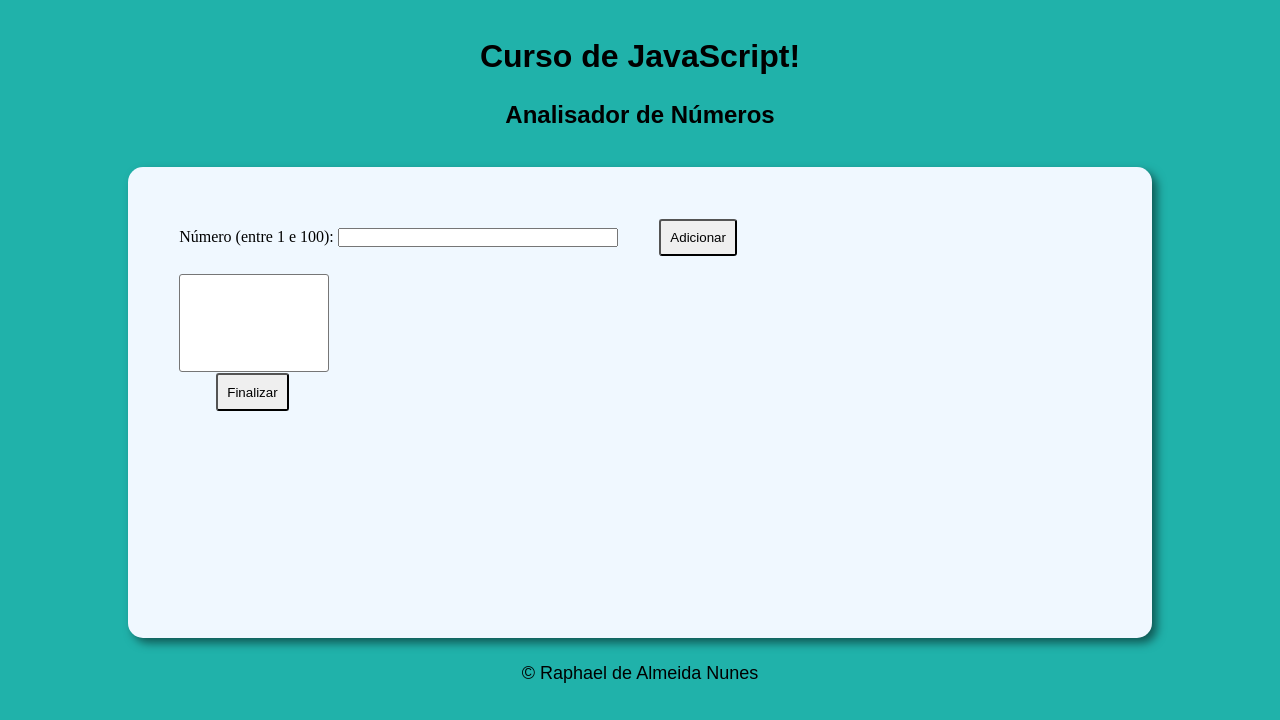
Repository: raphaanunes/codigos
Page: Cursos JavaScript/exercício/analisador de números/analisador.html
These files come from the project's save history. The page is drawn as it stood at one moment and after the next save; the edit follows.
The browser window is 1280 px wide. The pictures show the whole page.

Above is the page before, as saved 2024-08-11 14:22:52.

### Cursos JavaScript/exercício/analisador de números/analisador.html
<!DOCTYPE html>
<html lang="pt-BR">

<head>
    <meta charset="UTF-8">
    <meta name="viewport" content="width=device-width, initial-scale=1.0">
    <title> Analisador de Números </title>

    <link rel="stylesheet" href="analisador.css">


</head>

<body>
    <h1> Curso de JavaScript!</h1>
    <h2> Analisador de Números </h2>

    <section> <!-- aqui comeca a section -->


        <div>

            Número (entre 1 e 100):
            <input type="number" name="fnum" id="fnum">
            <input type="button" id="botao" value="Adicionar" onclick="adicionar()">
            <br><select name="flista" id="flista" size="6"></select>
            <br><input type="button" id="botao" value="Finalizar">

        </div>
        <div id="res">

        </div>
    </section><!-- aqui termina o section -->

    <footer>
        <p> &copy; Raphael de Almeida Nunes </p>
    </footer>
    <script src="analisador.js"></script>
</body>

</html>

### Cursos JavaScript/exercício/analisador de números/analisador.css
@charset "UTF-8";
/* geral */
* {
    padding: 0;
    margin: 0;
}
body {
    background-color: lightseagreen;
    color: black;
}

/* seção  */
section{

    background-color: aliceblue;
    width: 80%;
    height: 10%;
    margin-left: auto;
    margin-right: auto;
    margin-top: 3%;
    border-radius: 15px;
    padding: 0% 0% 5% 0%;
    box-shadow: 5px 5px 10px rgba(0, 0, 0, 0.5);

}
h1 {
    font-family: sans-serif;
    font-size: xx-large;
    text-align: center;
    margin-top: 3%;
    color: black;
}

h2 {
    font-family: sans-serif;
    font-size: x-large;
    text-align: center;
    margin: 2%;
    color: black;
}

p{
    font-family: sans-serif;
    font-size: large;
}

    /* input */

    input{width: 30%;}
    input {margin-bottom: 1%;}

    /* botao*/

input#botao{
        padding: 1%;
        width:fit-content;
        margin-left: 4%;
        border-radius: 3px;
    }

div{
    padding: 5%;

}

/* rodape */

footer{
    font-family: 'Franklin Gothic Medium', 'Arial Narrow', Arial, sans-serif;
    text-align: center;
    padding: 1%;
    color: black;

    width: 25%;
    margin-left: auto;
    margin-right:auto ;
    margin-top: 1%;
    border-radius: 15px;
}

select#flista{
    width: 150px;
    margin-left: auto;
    margin-right:auto ;
    margin-top: 1%;
    border-radius: 3px;
}

### Cursos JavaScript/exercício/analisador de números/analisador.js
let num = document.querySelector('input#fnum');
let lista = document.querySelector('select#flista');
let res = document.querySelector('div#res');
let valores = []


function isNumero(n){
    if(Number(n) >= 1 && Number(n) <= 100){
        return true
    } else {
        return false
    }
}

function inLista(n, l){
    if (l.indexOf(Number(n)) != -1){
        return true
    } else {
        return false
    }
}


function adicionar(){
    if(isNumero(num.value) && !inLista(num.value, valores)) {
    } else {
        window.alert('Valor inválido ou já encontrado na lista')
    }
}

After the next save:
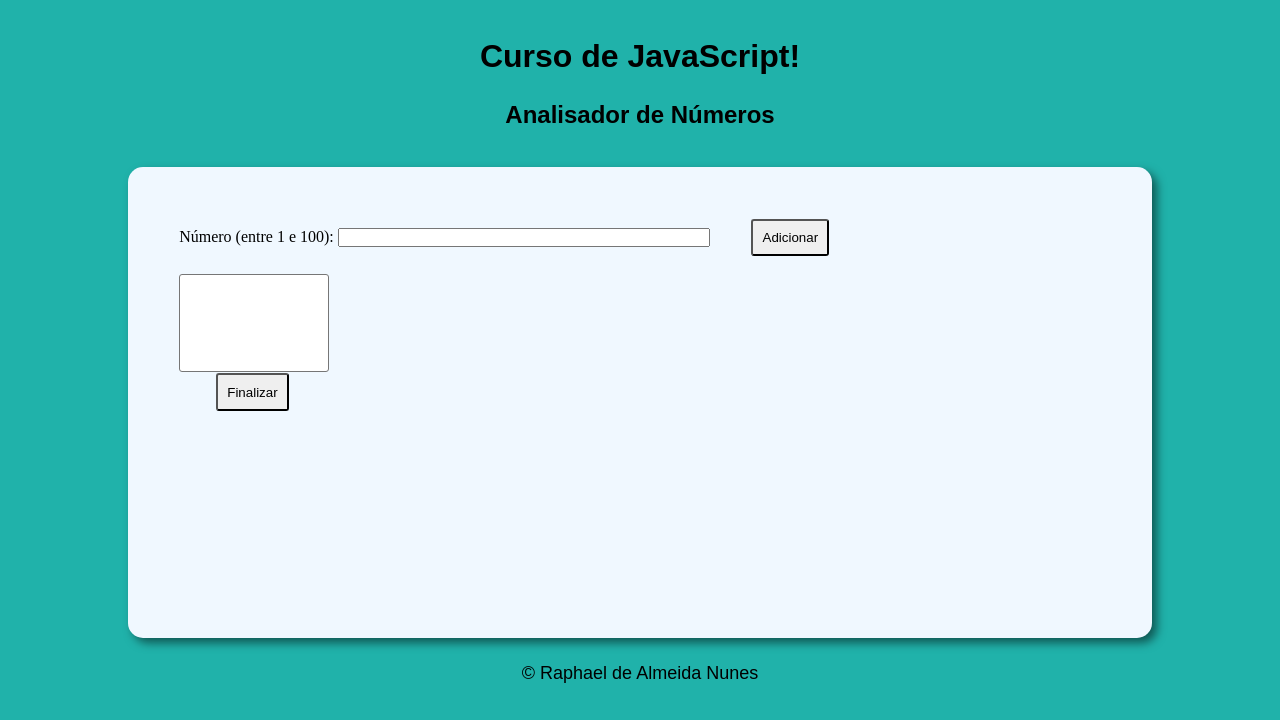
Saved 4 s later.
--- a/Cursos JavaScript/exercício/analisador de números/analisador.css
+++ b/Cursos JavaScript/exercício/analisador de números/analisador.css
@@ -46,7 +46,7 @@ p{
 
     /* input */
 
-    input{width: 30%;}
+    input{width: 40%;}
     input {margin-bottom: 1%;}
 
     /* botao*/
